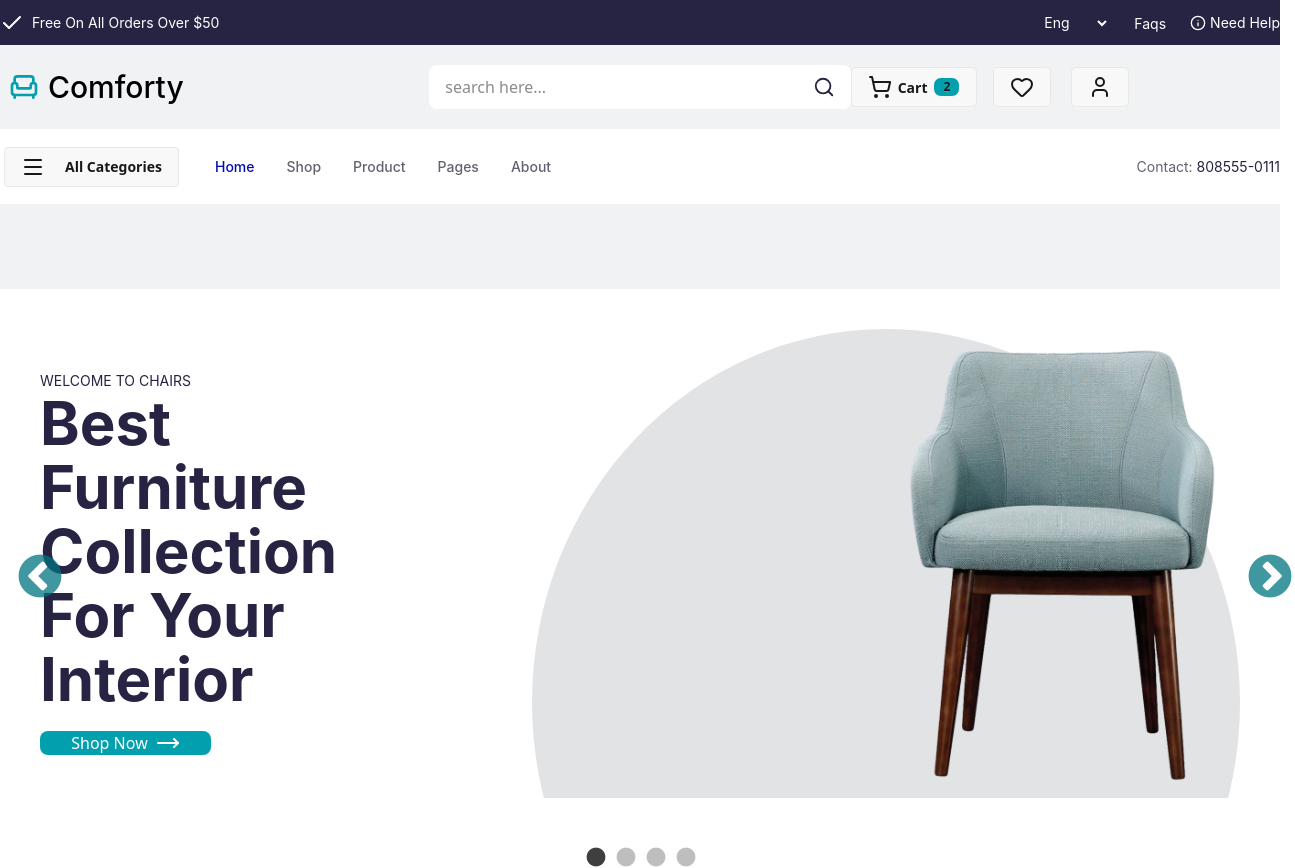
Repository: Neda0o0/store-template-website
Page: /
These files come from the project's save history. The page is drawn as it stood at one moment and after the next save; the edit follows.
The browser window is 1280 px wide. The page is 1295 px wide, so the pictures cover 1295 px, including what lies to the right of the window. The pictures show the whole page.
The project was rebuilt for these pictures with package versions that can differ from the ones it lists, and the page was loaded fresh each time. Also part of the build but not shown: vite.config.js, src/Pages/Auth/Auth.jsx, src/Pages/Auth/Login/Login.jsx, src/Pages/Auth/Register/Register.jsx, src/Pages/Error/Error.jsx, src/AuthCheck/AuthCheck.jsx.

Above is the page before, as saved 2025-10-23 11:51:48.

### index.html
<!DOCTYPE html>
<html lang="en">
  <head>
    <meta charset="UTF-8" />
    <link rel="icon" type="image/svg+xml" href="/vite.svg" />
    <meta name="viewport" content="width=device-width, initial-scale=1.0" />
    <title>new-project</title>
  </head>
  <body>
    <div id="root"></div>
    <script type="module" src="/src/main.jsx"></script>
  </body>
</html>

### src/main.jsx
import { StrictMode } from "react";
import { createRoot } from "react-dom/client";
import MainLayout from "./MainLayout/MainLayout";
import "./index.css";

createRoot(document.getElementById("root")).render(
  <StrictMode>
    <MainLayout />
  </StrictMode>
);

### src/MainLayout/MainLayout.jsx
import { BrowserRouter, Route, Routes } from "react-router";
import Navbar from "../components/Navbar/Navbar";
import Home from "../Pages/Home/Home";
import Auth from "../Pages/Auth/Auth";
import Login from "../Pages/Auth/Login/Login";
import Register from "../Pages/Auth/Register/Register";
import Error from "../Pages/Error/Error";
import AuthCheck from "../AuthCheck/AuthCheck";

const MainLayout = () => {
  return (
    <BrowserRouter>
      {/* Navbar */}
      <Navbar />
      <Routes>
        <Route
          path="/"
          element={
            <AuthCheck>
              <Home />
            </AuthCheck>
          }
        />
        <Route path="auth" element={<Auth />}>
          <Route path="login" element={<Login />} />
          <Route path="register" element={<Register />} />
        </Route>
        {/* not found routes */}
        <Route path="*" element={<Error />} />
      </Routes>
    </BrowserRouter>
  );
};
export default MainLayout;

### src/index.css
@import "tailwindcss";
@plugin "daisyui";

/* google font inter */
@import url("https://fonts.googleapis.com/css2?family=Inter:ital,opsz,wght@0,14..32,100..900;1,14..32,100..900&display=swap");

@theme {
  --font-inter: "Inter", sans-serif;
}

.banner_slide_item {
  display: flex !important;
  justify-content: space-between;
  align-items: center;
  gap: 7.5rem;
}

.banner_image {
  position: relative;
}
.banner_image::before {
  content: "";
  position: absolute;
  top: 0;
  right: 0;
  max-width: 747px;
  width: 100%;
  min-height: 747px;
  height: 100%;
  background-color: #e1e3e5;
  border-radius: 100%;
  z-index: -1;
}
.slick-prev,
.slick-next {
  z-index: 5 !important;
}
.slick-prev:before,
.slick-next:before {
  font-family: "slick";
  font-size: 50px !important;
  line-height: 1;
  opacity: 0.75;
  color: #007580 !important;
  -webkit-font-smoothing: antialiased;
  -moz-osx-font-smoothing: grayscale;
}
.slick-dots {
  position: absolute;
  bottom: -70px !important;
  display: block;
  width: 100%;
  padding: 0;
  margin: 0;
  list-style: none;
  text-align: center;
}
.slick-dots li button:before {
  font-family: "slick";
  font-size: 22px !important;
  line-height: 20px;
  position: absolute;
  top: 0;
  left: 0;
  width: 20px;
  height: 20px;
  text-align: center;
  opacity: 0.25;
  color: black;
  -webkit-font-smoothing: antialiased;
  -moz-osx-font-smoothing: grayscale;
}

### src/components/Navbar/Navbar.jsx
import {
  Armchair,
  Check,
  Info,
  Search,
  ShoppingCart,
  Heart,
  User,
  Menu,
} from "lucide-react";
import { Link, NavLink } from "react-router-dom";

const Navbar = () => {
  return (
    <div>
      {/* navbar top */}
      <div className="navbar_top flex items-center justify-center bg-[#272343] w-full h-[45px]">
        <div className="lg:container flex justify-between items-center">
          <p className="flex items-center gap-2 text-sm font-inter font-normal text-white capitalize">
            <Check />
            Free on all orders over $50
          </p>
          <div className="navbar_top_right flex items-center gap-6">
            <select
              defaultValue="Server location"
              className=" bg-none h-[30px] w-[70px] text-sm font-inter font-normal capitalize text-white"
            >
              <option>Eng</option>
              <option>Farsi</option>
            </select>
            <button>
              <Link className="text-sm text-white font-inter font-normal capitalize ">
                Faqs
              </Link>
            </button>
            <button>
              <Link className="flex items-center gap-1 text-sm  text-white font-inter font-normal capitalize">
                <Info size={16} />
                Need help
              </Link>
            </button>
          </div>
        </div>
      </div>
      {/* navbar middle */}
      <div className="navbar middle flex items-center justify-center bg-[#f0f2f3] w-full h-[84px]">
        <div className="lg:container grid grid-cols-3 items-center">
          <div className="logo_wrapper">
            <Link
              to="/"
              className="text-3xl text-black font-inter font-medium capitalize flex items-center gap-2"
            >
              <Armchair size="2rem" color="#029fae" /> Comforty
            </Link>
          </div>
          <div className="search_box">
            <form action="#" className="max-w-[443px] h-[44px] relative">
              <input
                type="text"
                placeholder="search here..."
                className=" max-w-[443px] w-full h-full bg-white rounded-lg pl-4 "
              />
              <button className="absolute to-50% right-4 translate-y-1/2">
                <Search size="22px" color="#272343" />
              </button>
            </form>
          </div>
          {/* navbar middle right */}
          <div className="navbar_middle_right flex items-center gap-4">
            <button className="btn capitalize">
              <ShoppingCart /> cart
              <div className="badge badge-sm bg-[#029fae]">2</div>
            </button>
            <button className="btn capitalize">
              <Heart />
            </button>

            <div className="dropdown">
              <div tabIndex={0} role="button" className="btn m-1">
                <User />
              </div>
              <ul
                tabIndex="-1"
                className="dropdown-content menu bg-base-100 rounded-box z-1 w-52 p-2 shadow-sm"
              >
                <li>
                  <Link>Account</Link>
                </li>
                <li>
                  <Link>Logout</Link>
                </li>
              </ul>
            </div>
          </div>
        </div>
      </div>

      {/* navbar bottom */}
      <div className="navbar_bottom flex items-center justify-center w-full h-[75px] bg-white border-[#ele3e5]">
        <div className="lg:container flex items-center justify-between">
          <div className="navbar_bottom_left flex items-center gap-8">
            <div className="dropdown dropdown-start">
              <div
                tabIndex={0}
                role="button"
                className="btn m-1 flex items-center gap-5 capitalize"
              >
                <Menu /> all categories
              </div>
              <ul
                tabIndex="-1"
                className="dropdown-content menu bg-base-100 rounded-box z-1 w-52 p-2 shadow-sm"
              >
                <li>
                  <a>Chair</a>
                </li>
                <li>
                  <a>Pant</a>
                </li>
                <li>
                  <a>Shirt</a>
                </li>
                <li>
                  <a>T-shirt</a>
                </li>
              </ul>
            </div>
            <nav className="flex items-center gap-8">
              <NavLink
                to="/"
                className="text-sm text-[#020fae] font-inter font-medium capitalize"
              >
                Home
              </NavLink>
              <NavLink className="text-sm text-[#636270] font-inter font-medium capitalize">
                shop
              </NavLink>
              <NavLink className="text-sm text-[#636270] font-inter font-medium capitalize">
                product
              </NavLink>
              <NavLink className="text-sm text-[#636270] font-inter font-medium capitalize">
                pages
              </NavLink>
              <NavLink className="text-sm text-[#636270] font-inter font-medium capitalize">
                about
              </NavLink>
            </nav>
          </div>

          <div className="navbar_bottom_right">
            <p className="text-sm text-[#636270] font-inter font-normal capitalize">
              contact: <span className="text-[#272343]">{808}555-0111</span>
            </p>
          </div>
        </div>
      </div>
    </div>
  );
};
export default Navbar;

### src/Pages/Home/Home.jsx
import Banner from "../../components/Banner/Banner";
const Home = () => {
  return (
    <div>
      {/* banner component */}
      <div className="w-full bg-[#f0f2f3] min-h-[85px] flex items-center justify-center "></div>
      <Banner></Banner>
    </div>
  );
};
export default Home;

### src/components/Banner/Banner.jsx
import "slick-carousel/slick/slick.css";
import "slick-carousel/slick/slick-theme.css";
import Slider from "react-slick";
import { MoveRight } from "lucide-react";

const Banner = () => {
  const products = [
    {
      id: 1,
      title: "Best Furniture collection for your interior ",
      subTitle: "welcome to chairs",
      image: "/src/assets/Banner/banner_image.png",
    },
    {
      id: 2,
      title: "Best Furniture collection for your interior ",
      subTitle: "welcome to chairs",
      image: "/src/assets/Banner/banner_image.png",
    },
    {
      id: 3,
      title: "Best Furniture collection for your interior ",
      subTitle: "welcome to chairs",
      image: "/src/assets/Banner/banner_image.png",
    },
    {
      id: 4,
      title: "Best Furniture collection for your interior ",
      subTitle: "welcome to chairs",
      image: "/src/assets/Banner/banner_image.png",
    },
  ];
  const settings = {
    dots: true,
    infinite: true,
    speed: 500,
    slidesToShow: 1,
    slidesToScroll: 1,
  };
  return (
    <div className="lg:container w-full p-10">
      <div className="slider-container w-full h-full">
        <Slider {...settings}>
          {products?.map((product) => (
            <div key={product?.id} className="banner_slide_item">
              {/* banner text */}
              <div className="banner_text">
                <p className="text-sm font-inter font-normal text-[#272343] uppercase">
                  {product?.subTitle}
                </p>
                <h3 className="text-6xl text-[#272343] font-inter capitalize leading-16 max-w-[631px] w-full font-bold mb-5">
                  {product?.title}
                </h3>
                <button className="max-w-[171px] w-full flex items-center justify-center gap-2 h-[52] bg-[#029fae] rounded-lg cursor-pointer text-white capitalize">
                  shop now <MoveRight />
                </button>
              </div>

              {/* banner image */}
              <div className="banner_image w-full h-full flex items-center justify-end">
                <img
                  className="w-[50%]"
                  src={product?.image}
                  alt={product?.title}
                />
              </div>
            </div>
          ))}
        </Slider>
      </div>
    </div>
  );
};
export default Banner;

After the next save:
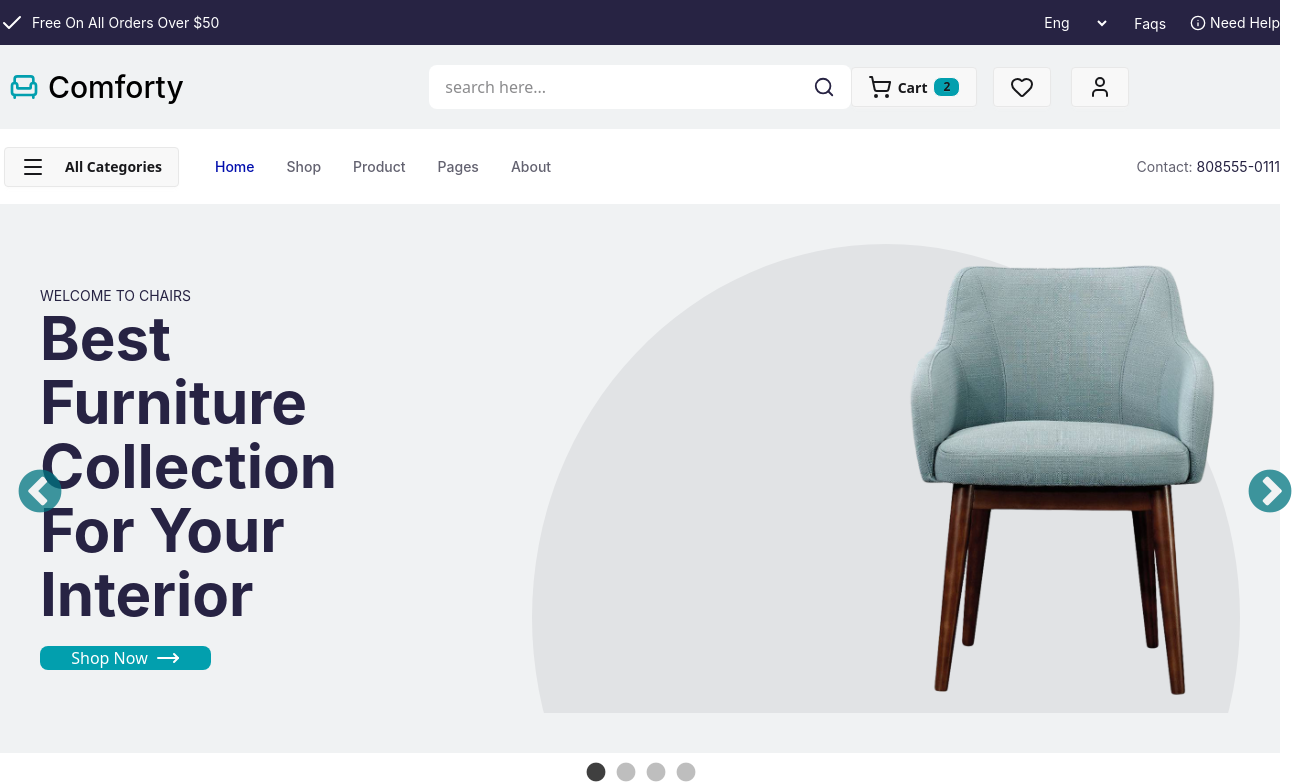
Saved 2 min 27 s later.
--- a/src/Pages/Home/Home.jsx
+++ b/src/Pages/Home/Home.jsx
@@ -3,8 +3,10 @@ const Home = () => {
   return (
     <div>
       {/* banner component */}
-      <div className="w-full bg-[#f0f2f3] min-h-[85px] flex items-center justify-center "></div>
-      <Banner></Banner>
+      <div className="w-full bg-[#f0f2f3] min-h-[85px] flex items-center justify-center ">
+        <Banner></Banner>
+      </div>
+      {/* delivery component */}
     </div>
   );
 };
